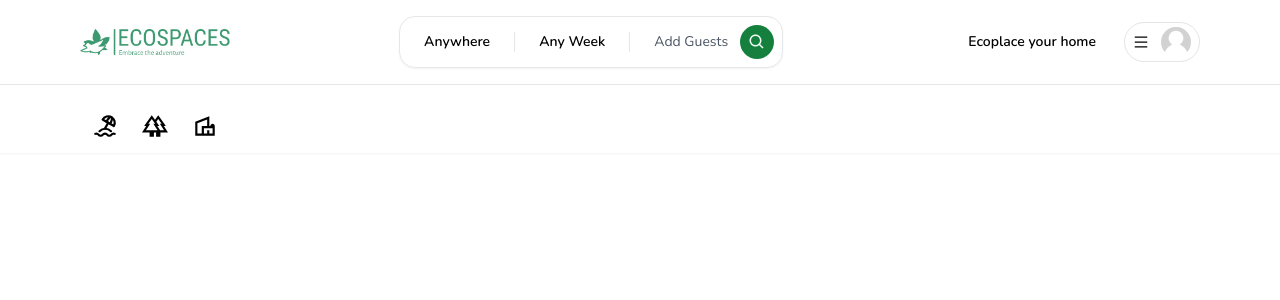
Repository: LubegaH/Ecospaces
Page: /
These files come from the project's save history. The page is drawn as it stood at one moment and after the next save; the edit follows.
The browser window is 1280 px wide. The pictures show the whole page.
The page's requests for data from a server got no answer. The project was rebuilt for these pictures with package versions that can differ from the ones it lists, and the page was loaded fresh each time. The framework's server and built-in components were replaced by stand-ins that run in the browser. No one was signed in, and anything a server would have sent is missing. Also part of the build but not shown: next.config.js, app/components/nabar/MenuItem.tsx, app/components/Button.tsx, app/components/modals/Modal.tsx, app/components/Heading.tsx, app/components/input/Input.tsx.

Above is the page before, as saved 2023-08-08 23:10:18.

After the next save:
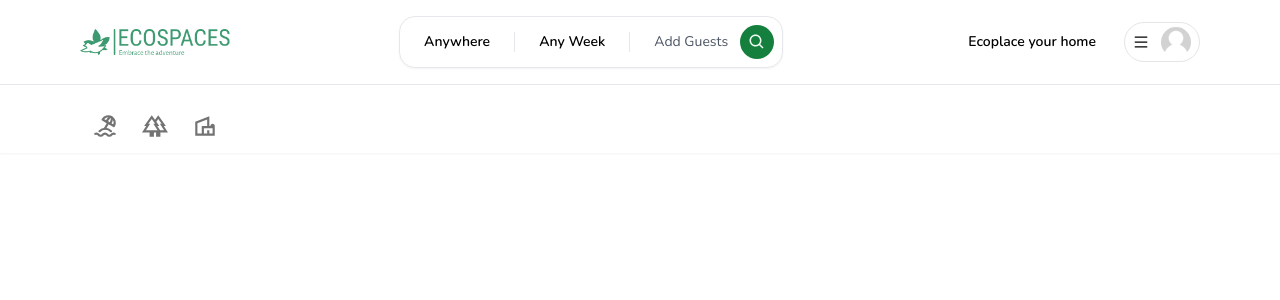
Saved 16 s later.
--- a/app/components/CategoryBox.tsx
+++ b/app/components/CategoryBox.tsx
@@ -15,7 +15,7 @@ const CategoryBox: React.FC<CategoryBoxProps> = ({
     <div
       className={`flex flex-col items-center justify-center gap-2 p-3 border-b-2 hover:text-neutral-800 transition cursor-pointer ${
         selected ? 'border-b-neutral-800' : 'border-transparent'
-      } ${selected ? 'text-neutral-800' : ''}`}
+      } ${selected ? 'text-neutral-800' : 'text-neutral-500'}`}
     >
       <Icon size={26} />
     </div>
